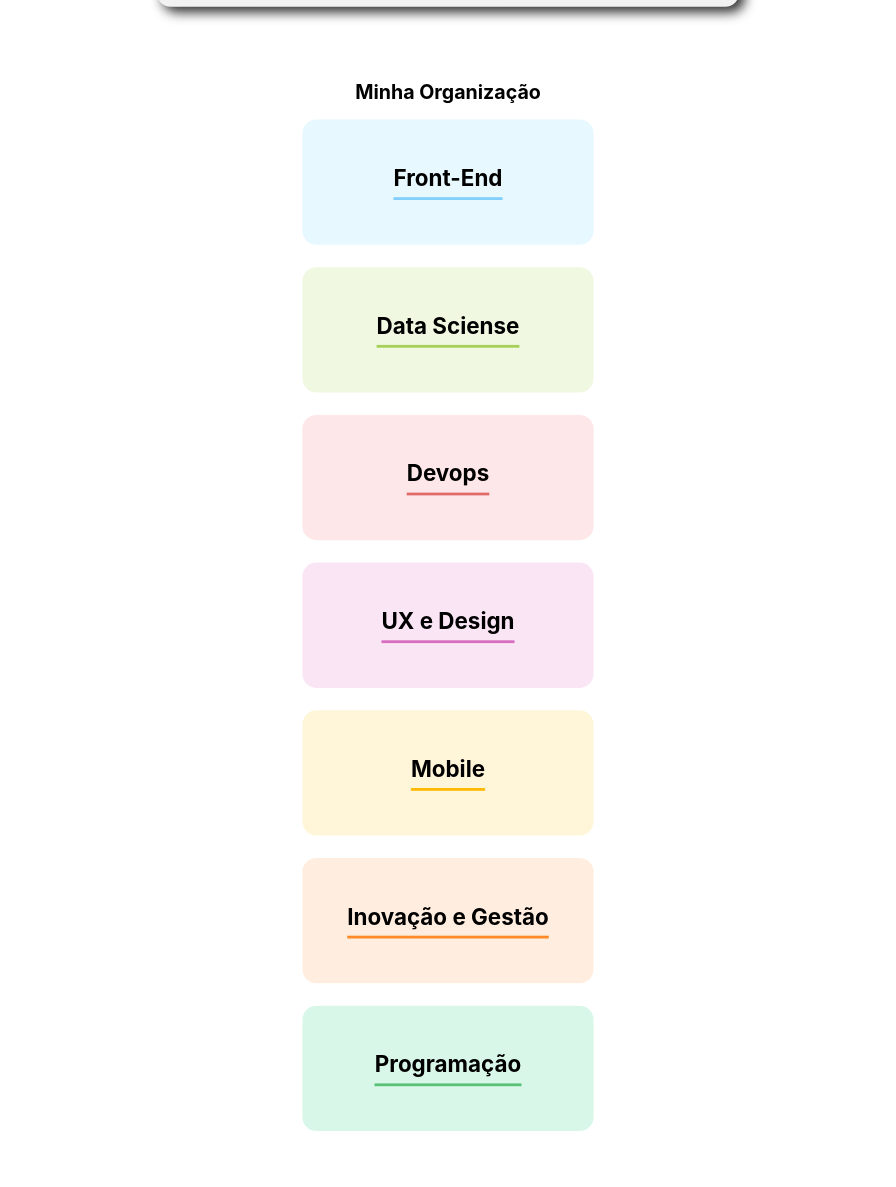
Repository: guilhermecardoso93/organo
Page: /
An editor plug-in stored every save of this project. The page is shown before and after the next save, followed by the edit.
The browser window is 1280 px wide. The pictures show the part of the page from y = 1394 to 3314 px (the page is 3090 px tall before and 3314 px after), at 70% of full size.
The project was rebuilt for these pictures with package versions that can differ from the ones it lists, and the page was loaded fresh each time. Also part of the build but not shown: src/components/Times/components/Card/styles.css, src/components/Times/components/Card/index.js.

Above is the page before, as saved 2024-05-27 19:20:55.

After the next save:
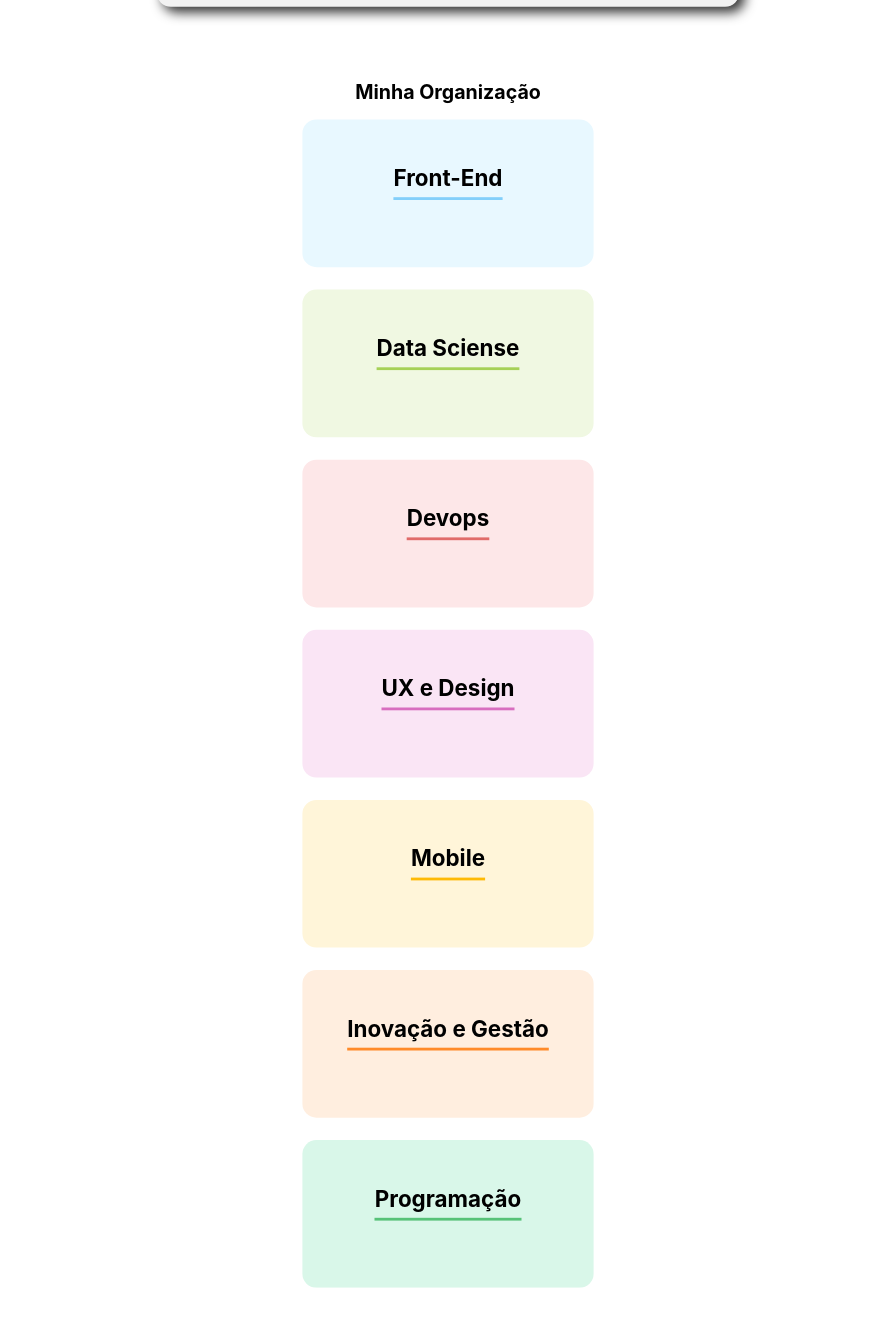
Saved 2 s later.
--- a/src/components/Times/components/Time/index.js
+++ b/src/components/Times/components/Time/index.js
@@ -8,7 +8,7 @@ export function Time(props) {
       style={{ backgroundColor: props.corSecundaria }}
     >
       <h3 style={{ borderColor: props.corPrimaria }}>{props.name}</h3>
-      <div>
+      <div className="colaboradores">
         {props.colaboradores.map((colaborador) => (
           <Card
             name={colaborador.name}
